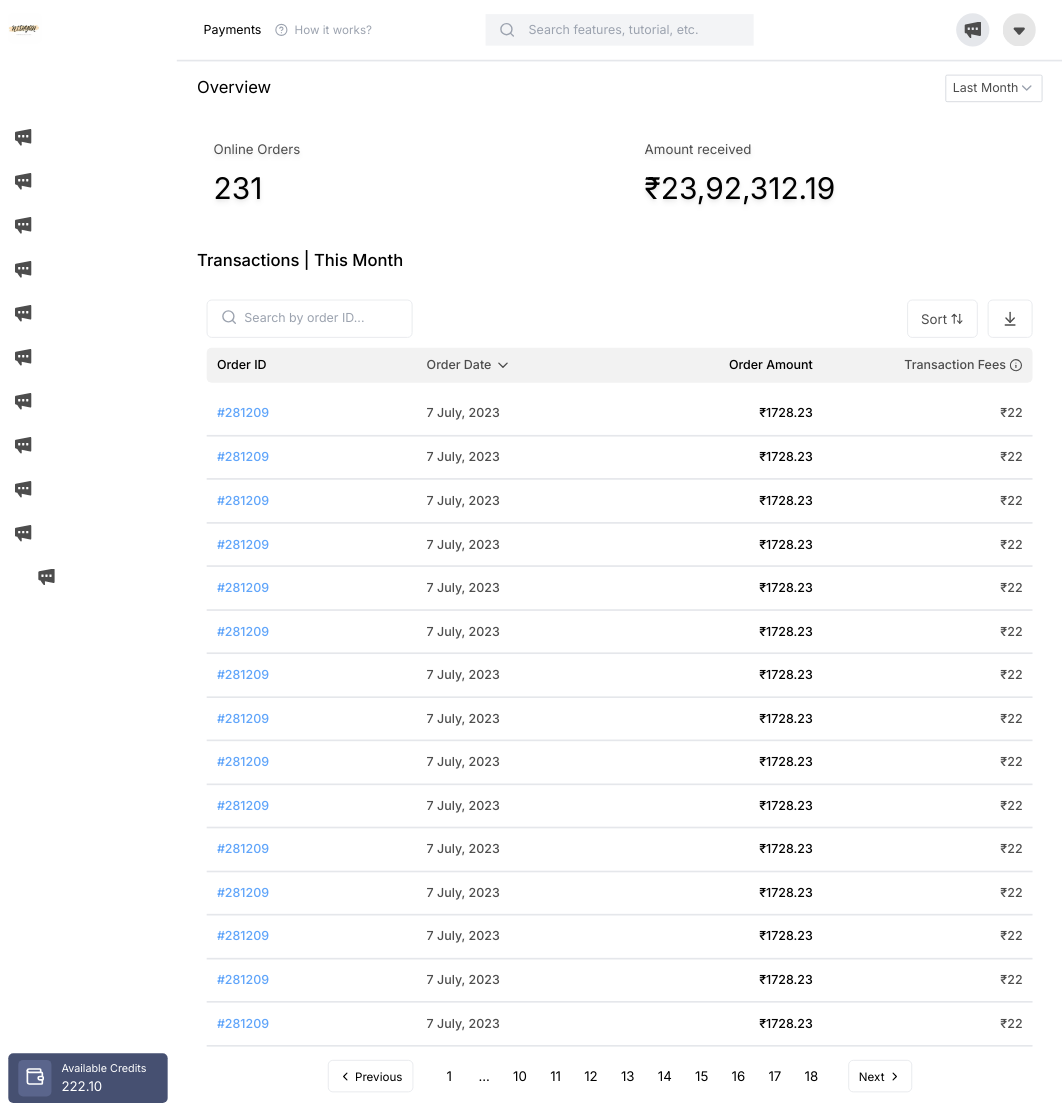
Repository: SubhamBnk/dukaan-task
Page: /
An editor plug-in stored every save of this project. The page is shown before and after a run of saves, followed by the edit.
The browser window is 1280 px wide. The pictures show the whole page, at 83% of full size.
The project was rebuilt for these pictures with package versions that can differ from the ones it lists, and the page was loaded fresh each time. The framework's server and built-in components were replaced by stand-ins that run in the browser. Also part of the build but not shown: next.config.js.

Above is the page before, as saved 2024-01-09 20:23:49.

After the next 2 saves:
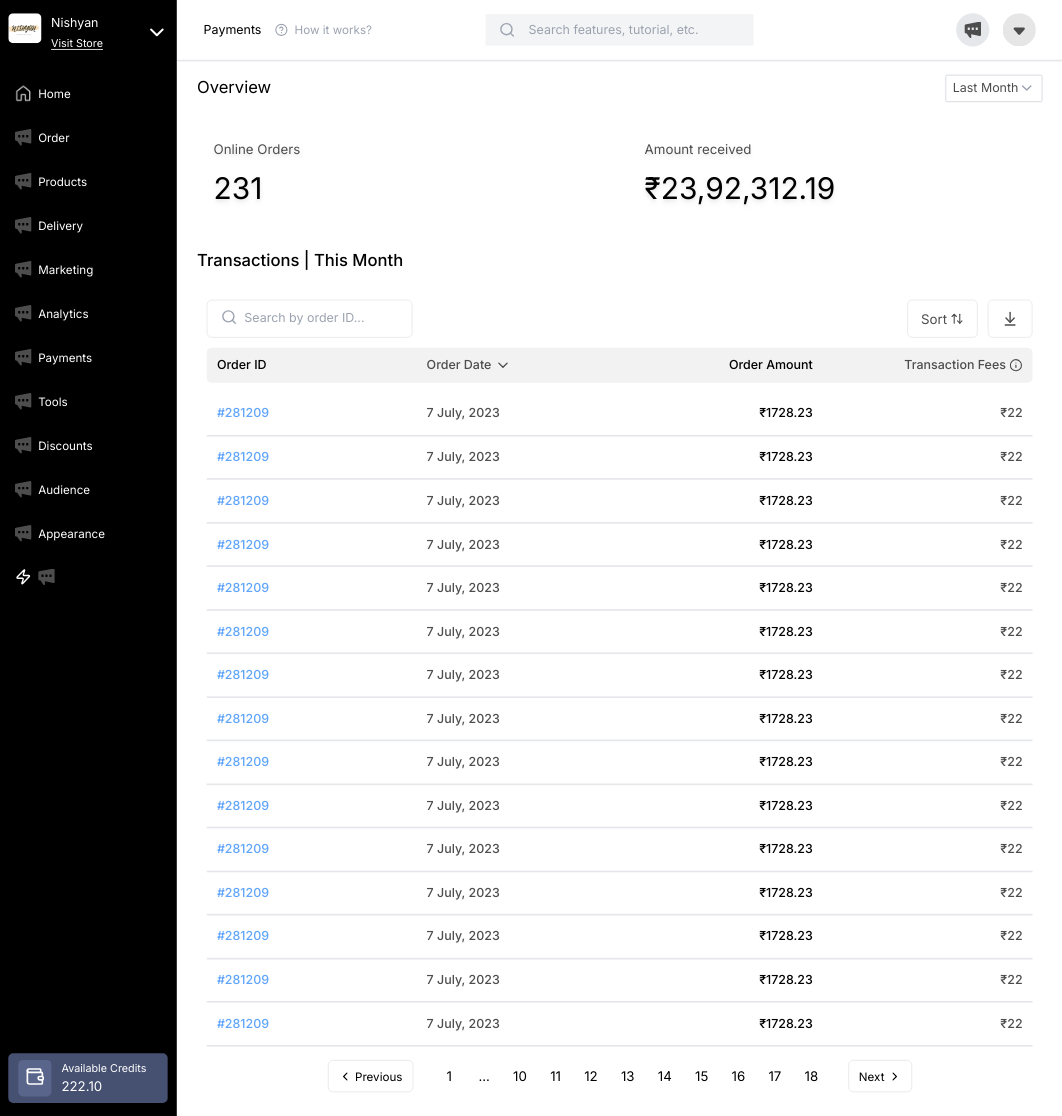
The 2 saves are shown as one change because 1 did not build or start.
The last was saved 4 min 33 s later.
--- a/src/app/page.tsx
+++ b/src/app/page.tsx
@@ -8,10 +8,15 @@
     for (let i = 0; i < 15; i++) {
       ordersToRender.push(<OrderList key={i} />);
     }
+  const isBlack = true;
+
+  const mergedStyle = {
+  backgroundColor: isBlack ? 'rgba(0, 0, 0, 1)' : 'rgba(255, 255, 255, 0.1)',
+  };
 
   return (
     <div className='grid grid-cols-6 bg-white '>
-      <div className='bg-white-10 h-100 px-2.5 py-4 text-white relative'>
+       <div style={mergedStyle} className='h-100 px-2.5 py-4 text-white relative'>
           {/* Logo and Name */}
           <div className='flex gap-3'>
             <div>

After the 6 saves that followed:
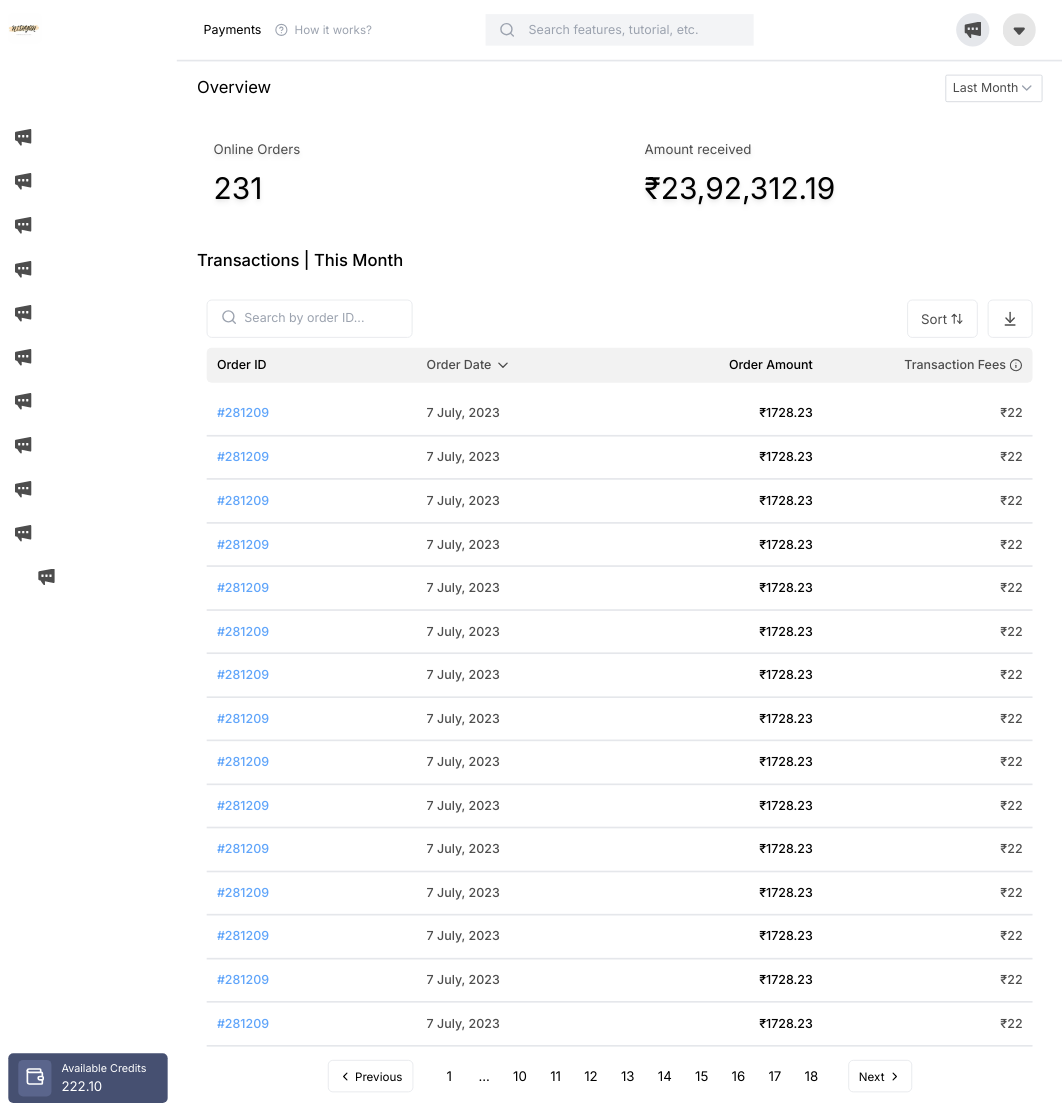
The 6 saves are shown as one change because 4 did not build or start and 1 left the picture as it was.
The last was saved 6 min 29 s later.
--- a/src/app/page.tsx
+++ b/src/app/page.tsx
@@ -8,15 +8,10 @@
     for (let i = 0; i < 15; i++) {
       ordersToRender.push(<OrderList key={i} />);
     }
-  const isBlack = true;
-
-  const mergedStyle = {
-  backgroundColor: isBlack ? 'rgba(0, 0, 0, 1)' : 'rgba(255, 255, 255, 0.1)',
-  };
 
   return (
     <div className='grid grid-cols-6 bg-white '>
-       <div style={mergedStyle} className='h-100 px-2.5 py-4 text-white relative'>
+      <div className='bg-white-10 h-100 px-2.5 py-4 text-white relative'>
           {/* Logo and Name */}
           <div className='flex gap-3'>
             <div>
